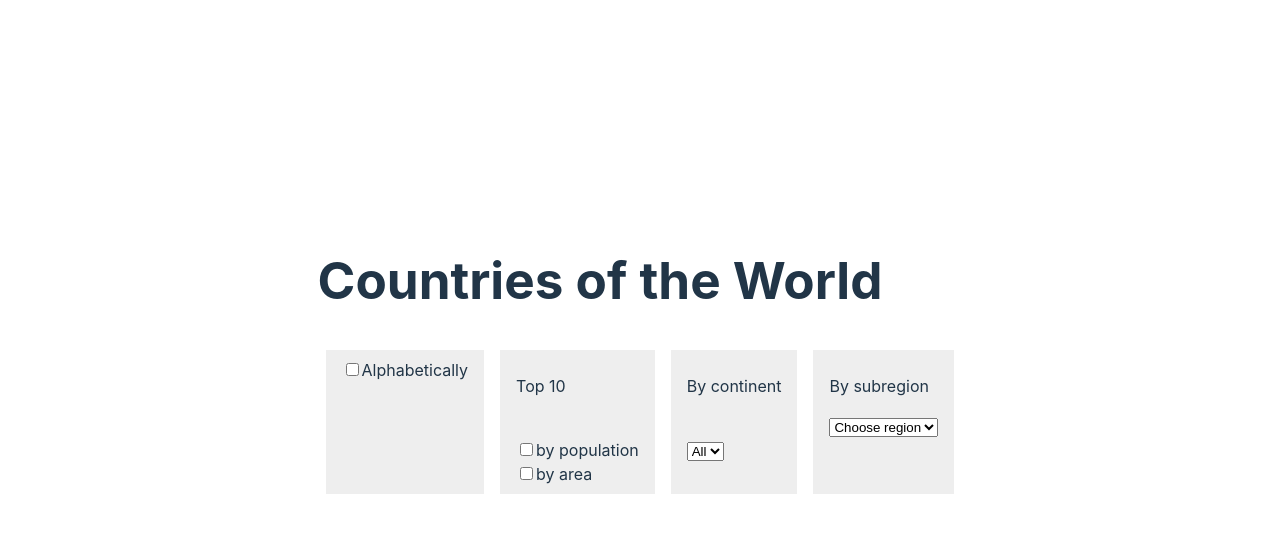
Repository: Vanessahyc/COMP3170_Lab06
Page: /
These files come from the project's save history. The page is drawn as it stood at one moment and after the next save; the edit follows.
The browser window is 1280 px wide. The pictures show the whole page.
The page's requests for data from a server got no answer. The project was rebuilt for these pictures with package versions that can differ from the ones it lists, and the page was loaded fresh each time. No one was signed in, and anything a server would have sent is missing. Also part of the build but not shown: vite.config.js, src/components/Country.jsx.

Above is the page before, as saved 2024-11-14 16:35:17.

### src/App.jsx
import { useEffect, useState } from 'react'
import './App.css'
import Countries from './components/Countries';

function App() {

  const [countries, setCountries] = useState([]);
  const url = "https://restcountries.com/v3.1/all";

  async function fetchData() {
    const response = await fetch('https://restcountries.com/v3.1/all');
    const data = await response.json();

    setCountries(data);
  }

  useEffect(() => {
    fetchData();
  }, []);

  return (
    <div>
      <h1>Countries of the World</h1>
      <div className='wrap'>
        <div className='filter_container'>
          <div>
            <input type='checkbox'/>
            <label>Alphabetically</label>
          </div>
          <div>
            <p>Top 10</p>
            <br/>
            <input type='checkbox'/>
            <label>by population</label>
            <br/>
            <input type='checkbox'/>
            <label>by area</label>
          </div>
          <div>
            <p>By continent</p>
            <br/>
            <select>
              <option>All</option>
            </select>
          </div>
          <div>
            <p>By subregion</p>
            <select>
              <option>Choose region</option>
            </select>
          </div>
        </div>
      </div>
      <Countries countries={countries}/>
    </div>
  );
}

export default App

### src/App.css
#root {
  max-width: 1280px;
  margin: 0 auto;
  padding: 2rem;
}

/* .logo {
  height: 6em;
  padding: 1.5em;
  will-change: filter;
  transition: filter 300ms;
}
.logo:hover {
  filter: drop-shadow(0 0 2em #646cffaa);
}
.logo.react:hover {
  filter: drop-shadow(0 0 2em #61dafbaa);
}

@keyframes logo-spin {
  from {
    transform: rotate(0deg);
  }
  to {
    transform: rotate(360deg);
  }
}

@media (prefers-reduced-motion: no-preference) {
  a:nth-of-type(2) .logo {
    animation: logo-spin infinite 20s linear;
  }
}

.card {
  padding: 2em;
}

.read-the-docs {
  color: #888;
} */

.main_container {
  width: 400px;
}

.country_header {
  display: flex;
  max-height: 50px;
  background-color: white;

}

.country_header p {
  color: black;
  font-weight: bold;
}

.flag_container {
  flex-basis: 30%;
}

.flag_container img {
  height: 50px;
}

.country_info {
  padding: 1em;
}

.country_info p {
  display: flex;
}

.country_info p span {
  flex-basis: 50%;
  text-align: left;
}

.country_info p span:first-child {
  font-weight: bold;
}

.filter_container {
  display: flex;
  gap: 1em;
  padding: 0.5rem;
}

.filter_container div {
  padding: 0.5rem 1rem;
  background-color: rgb(238, 238, 238);
}

### src/components/Countries.jsx
import Country from "./Country";

export default function Countries({countries}) {
    return(
        <div>
            {
                countries.map(country => (
                    <Country
                        key={country.cca3}
                        url={country.flags.svg}
                        countryName={country.name.common}
                        officialName={country.name.official}
                        capital={country.capital}
                        population={country.population}
                        languages={country.languages}
                        currencies={country.currencies}
                        area={country.area}
                        subregion={country.subregion}
                        continents={country.continents}
                        borders={country.borders}
                        maps={country.maps.googleMaps}
                    />
                ))
            }
        </div>
    );
}

Loaded but not shown: index.html (common file); src/main.jsx (common file); src/index.css (common file)

After the next save:
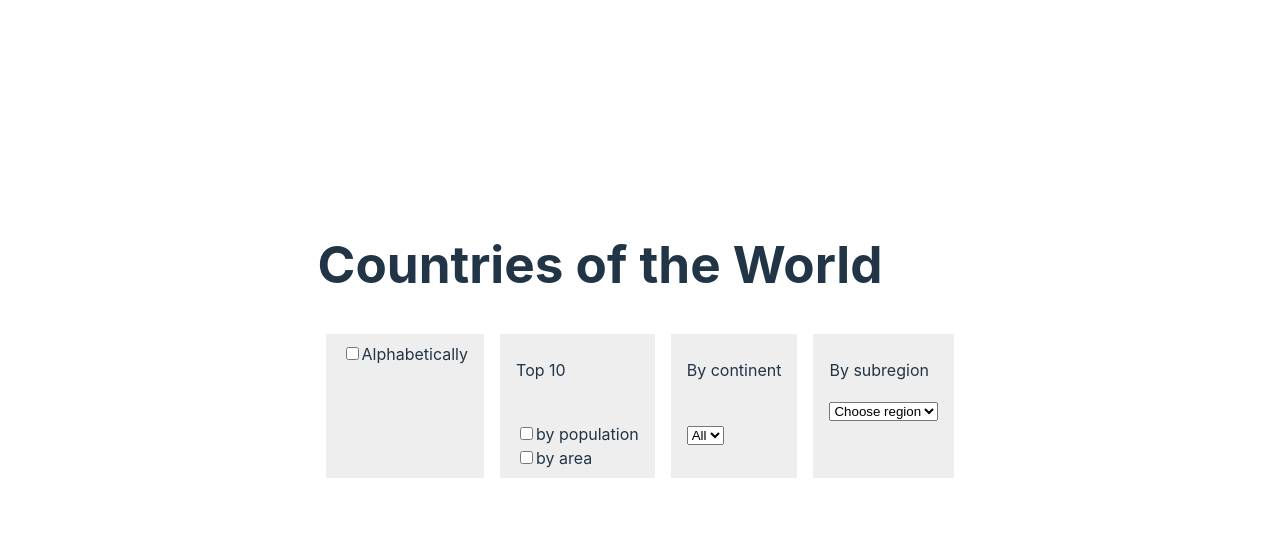
Saved 46 s later.
--- a/src/App.css
+++ b/src/App.css
@@ -81,6 +81,10 @@
   font-weight: bold;
 }
 
+.wrap {
+  margin-bottom: 2rem;
+}
+
 .filter_container {
   display: flex;
   gap: 1em;
